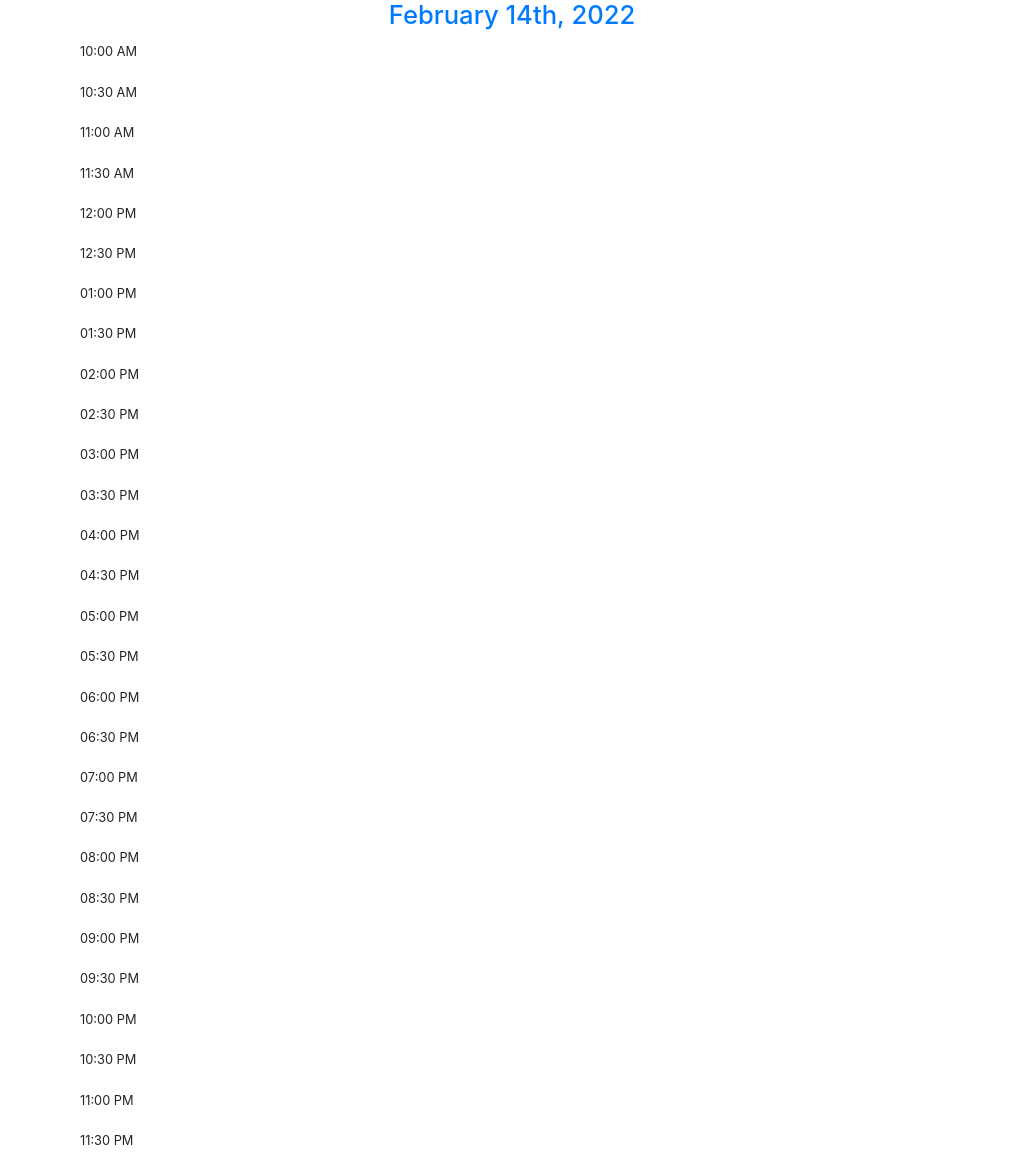
Repository: BaileyLuu/yuHacks2022
Page: public/schedule.html
An editor plug-in stored every save of this project. The page is shown before and after the next save, followed by the edit.
The browser window is 1280 px wide. The pictures show the whole page, at 80% of full size.
Some web libraries are served in a nearby version.

Above is the page before, as saved 2021-11-20 12:35:18.

### public/schedule.html
<!DOCTYPE html>
<html lang="en">

<head>
    <meta charset="UTF-8">
    <meta http-equiv="X-UA-Compatible" content="IE=edge">
    <meta name="viewport" content="width=device-width, initial-scale=1.0">

    <script src="https://ajax.googleapis.com/ajax/libs/jquery/3.5.1/jquery.min.js"></script>

    <!-- Popper JS -->
    <script src="https://cdnjs.cloudflare.com/ajax/libs/popper.js/1.12.9/umd/popper.min.js"
        integrity="sha384-ApNbgh9B+Y1QKtv3Rn7W3mgPxhU9K/ScQsAP7hUibX39j7fakFPskvXusvfa0b4Q"
        crossorigin="anonymous"></script>

    <!-- Latest compiled JavaScript -->
    <script src="https://maxcdn.bootstrapcdn.com/bootstrap/4.0.0/js/bootstrap.min.js"
        integrity="sha384-JZR6Spejh4U02d8jOt6vLEHfe/JQGiRRSQQxSfFWpi1MquVdAyjUar5+76PVCmYl"
        crossorigin="anonymous"></script>

    <!-- Latest compiled and minified CSS -->
    <link rel="stylesheet" href="https://maxcdn.bootstrapcdn.com/bootstrap/4.0.0/css/bootstrap.min.css"
        integrity="sha384-Gn5384xqQ1aoWXA+058RXPxPg6fy4IWvTNh0E263XmFcJlSAwiGgFAW/dAiS6JXm" crossorigin="anonymous">

    <!-- AOS CSS Library CDN -->
    <link href="https://unpkg.com/aos@2.3.1/dist/aos.css" rel="stylesheet">
    <!-- Bootstrap Icons -->
    <link rel="stylesheet" href="https://cdn.jsdelivr.net/npm/bootstrap-icons@1.7.0/font/bootstrap-icons.css">



    <script src="https://code.jquery.com/jquery-3.2.1.slim.min.js"
        integrity="sha384-KJ3o2DKtIkvYIK3UENzmM7KCkRr/rE9/Qpg6aAZGJwFDMVNA/GpGFF93hXpG5KkN"
        crossorigin="anonymous"></script>
    <link rel="stylesheet" href="./schedule.css">
    <script src="schedule.js"></script>
    <script src="https://ajax.googleapis.com/ajax/libs/jquery/3.3.1/jquery.min.js"></script>
    <title>yuHacks Schedule</title>
</head>

<body>
    <section class="">
        <div class="container">
            <h2 class="text-primary title text-center">February 14th, 2022</h1>

                <!-- <div class="row row-cols-2">
          <div class="col">Column</div>
          <div class="col">Column</div>
          <div class="col">Column</div>
          <div class="col">Column</div>
          <div class="col">Column</div>
          <div class="col">Column</div>

        </div>
        <div class="row row-cols-2">
            <div class="col">Column</div>
            <div class="col">Column</div>
            <div class="col">Column</div>
            <div class="col">Column</div>
            <div class="col">Column</div>
            <div class="col">Column</div>

          </div> -->
                <div class="schedule-table">



                    <div class="col-md-8 box">
                        <div class="schedule-time">10:00 AM</div>
                        <div class="schedule-time">10:30 AM</div>
                        <div class="schedule-time">11:00 AM</div>
                        <div class="schedule-time">11:30 AM</div>
                        <div class="schedule-time">12:00 PM</div>
                        <div class="schedule-time">12:30 PM</div>
                        <div class="schedule-time">01:00 PM</div>
                        <div class="schedule-time">01:30 PM</div>
                        <div class="schedule-time">02:00 PM</div>
                        <div class="schedule-time">02:30 PM</div>
                        <div class="schedule-time">03:00 PM</div>
                        <div class="schedule-time">03:30 PM</div>
                        <div class="schedule-time">04:00 PM</div>
                        <div class="schedule-time">04:30 PM</div>
                        <div class="schedule-time">05:00 PM</div>
                        <div class="schedule-time">05:30 PM</div>
                        <div class="schedule-time">06:00 PM</div>
                        <div class="schedule-time">06:30 PM</div>
                        <div class="schedule-time">07:00 PM</div>
                        <div class="schedule-time">07:30 PM</div>
                        <div class="schedule-time">08:00 PM</div>
                        <div class="schedule-time">08:30 PM</div>
                        <div class="schedule-time">09:00 PM</div>
                        <div class="schedule-time">09:30 PM</div>
                        <div class="schedule-time">10:00 PM</div>
                        <div class="schedule-time">10:30 PM</div>
                        <div class="schedule-time">11:00 PM</div>
                        <div class="schedule-time">11:30 PM</div>
                    </div>

                    <!-- <div class="col-md-8">
              <div>Introduction to Github</div>
              <div></div>
              <div>Introduction to Bootstrap</div>
          </div> -->

                </div>
        </div>
    </section>

    <script src="https://cdnjs.cloudflare.com/ajax/libs/jquery/3.6.0/jquery.min.js"
        integrity="sha512-894YE6QWD5I59HgZOGReFYm4dnWc1Qt5NtvYSaNcOP+u1T9qYdvdihz0PPSiiqn/+/3e7Jo4EaG7TubfWGUrMQ=="
        crossorigin="anonymous" referrerpolicy="no-referrer"></script>
    <!-- Option 1: Bootstrap Bundle with Popper -->
    <script src="https://cdn.jsdelivr.net/npm/bootstrap@5.1.3/dist/js/bootstrap.bundle.min.js"
        integrity="sha384-ka7Sk0Gln4gmtz2MlQnikT1wXgYsOg+OMhuP+IlRH9sENBO0LRn5q+8nbTov4+1p"
        crossorigin="anonymous"></script>

    <script src="https://unpkg.com/aos@2.3.1/dist/aos.js"></script>
    <script>
        AOS.init({
            offset: 500,
            duration: 800,
            once: true,
        }

        );
    </script>
</body>

</html>

### public/schedule.css
/* body {
    background-color: #141c3c;
  } */

.schedule-time{
  display:flex;
  flex-direction: column;
  width:20vw;
  height:7vh;
  box-sizing: border-box;
  z-index: 50;
  line-height: 5vh;

}
.schedule-table{
  display:flex;
  flex-direction:column;

}
.box>* {
  flex: 1 1 80px;
}

Loaded but not shown: public/schedule.js (no copy from this time; the picture is the same without it)

After the next save:
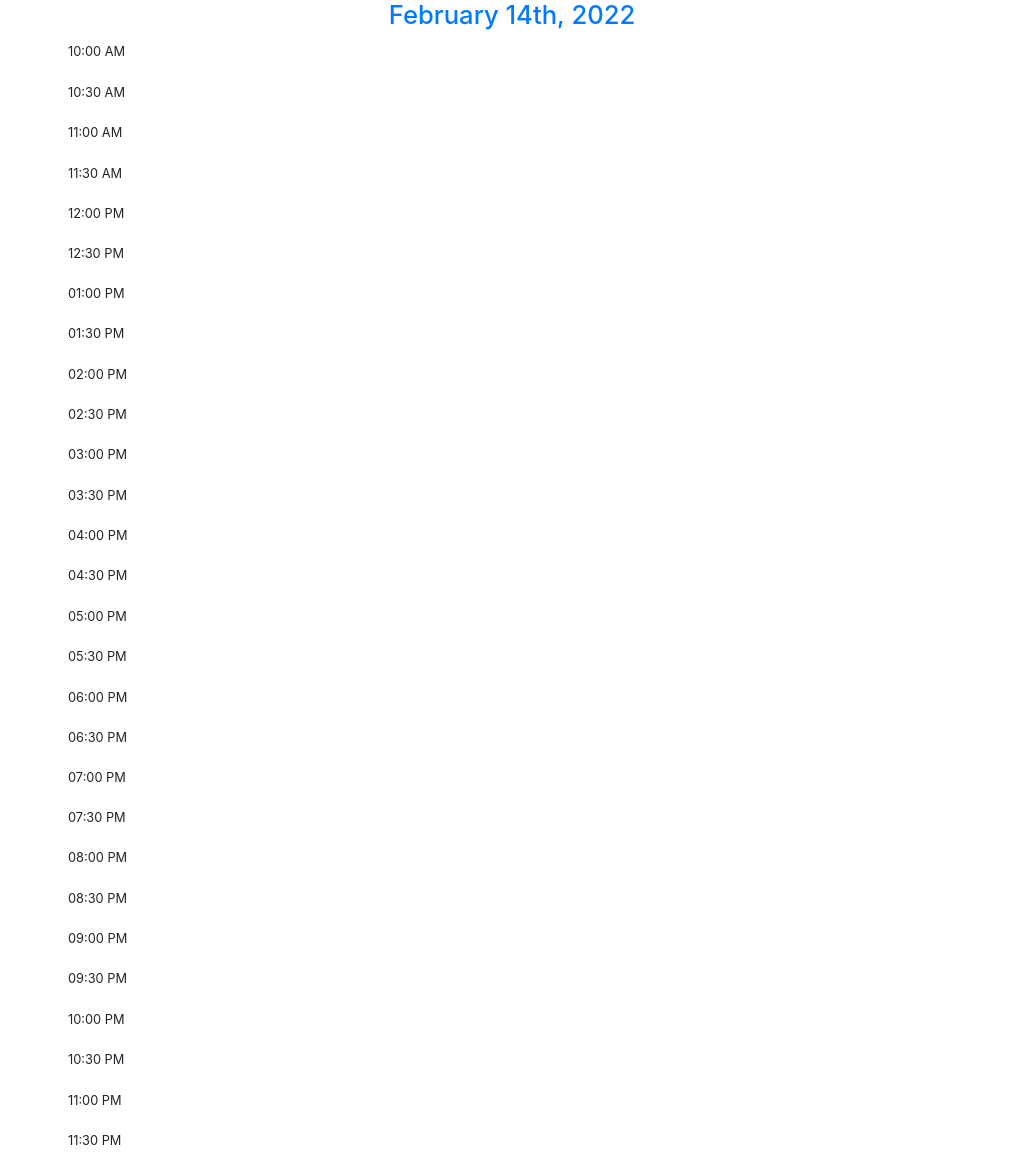
Saved 13 s later.
--- a/public/schedule.html
+++ b/public/schedule.html
@@ -65,7 +65,7 @@
 
 
 
-                    <div class="col-md-8 box">
+                    <div class="box">
                         <div class="schedule-time">10:00 AM</div>
                         <div class="schedule-time">10:30 AM</div>
                         <div class="schedule-time">11:00 AM</div>
